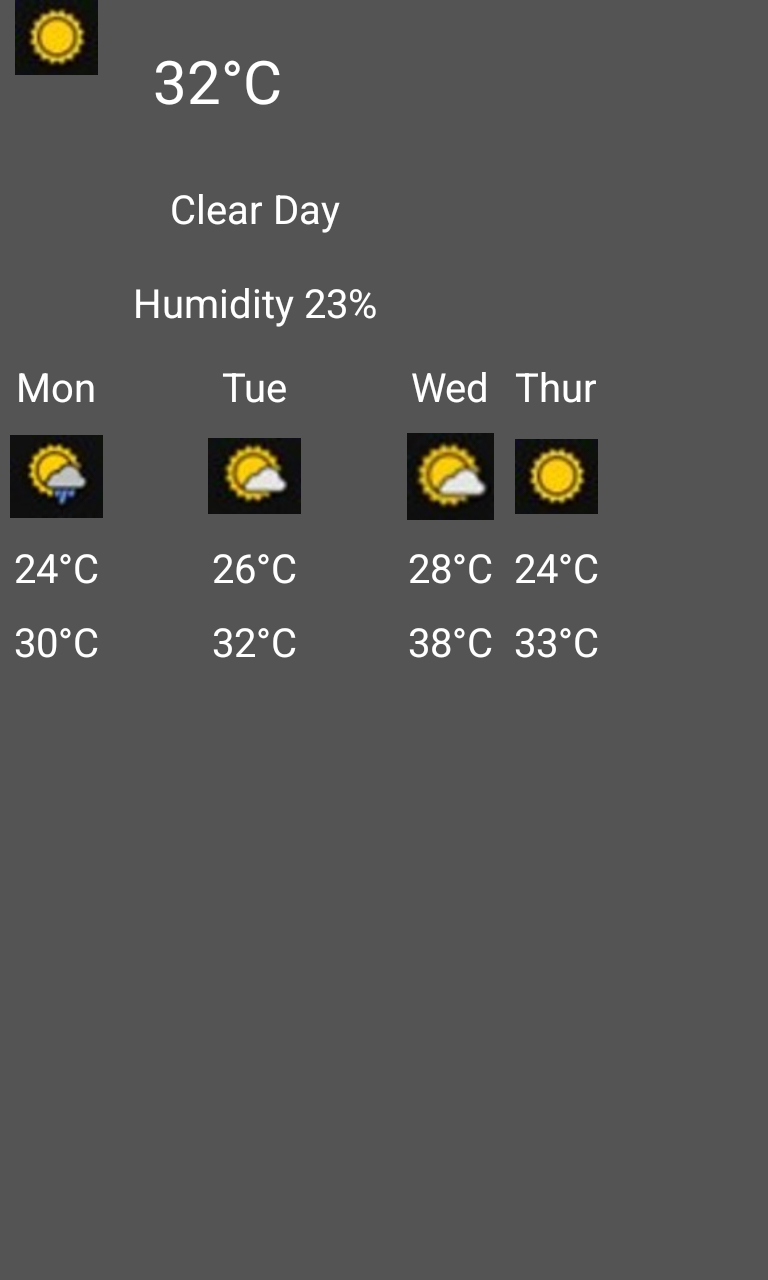
Repository: 12030121002/androideventhandling
Layout: Demo/res/layout/weather.xml
These files come from the project's save history. The layout is drawn as it stood at one moment and after the next save; the edit follows.
It is drawn on a 768 x 1280 px phone screen (xhdpi) without system bars, with theme AppTheme; the app's code is not run.

Above is the layout before, as saved 2014-12-08 05:36:31.

After the next save:
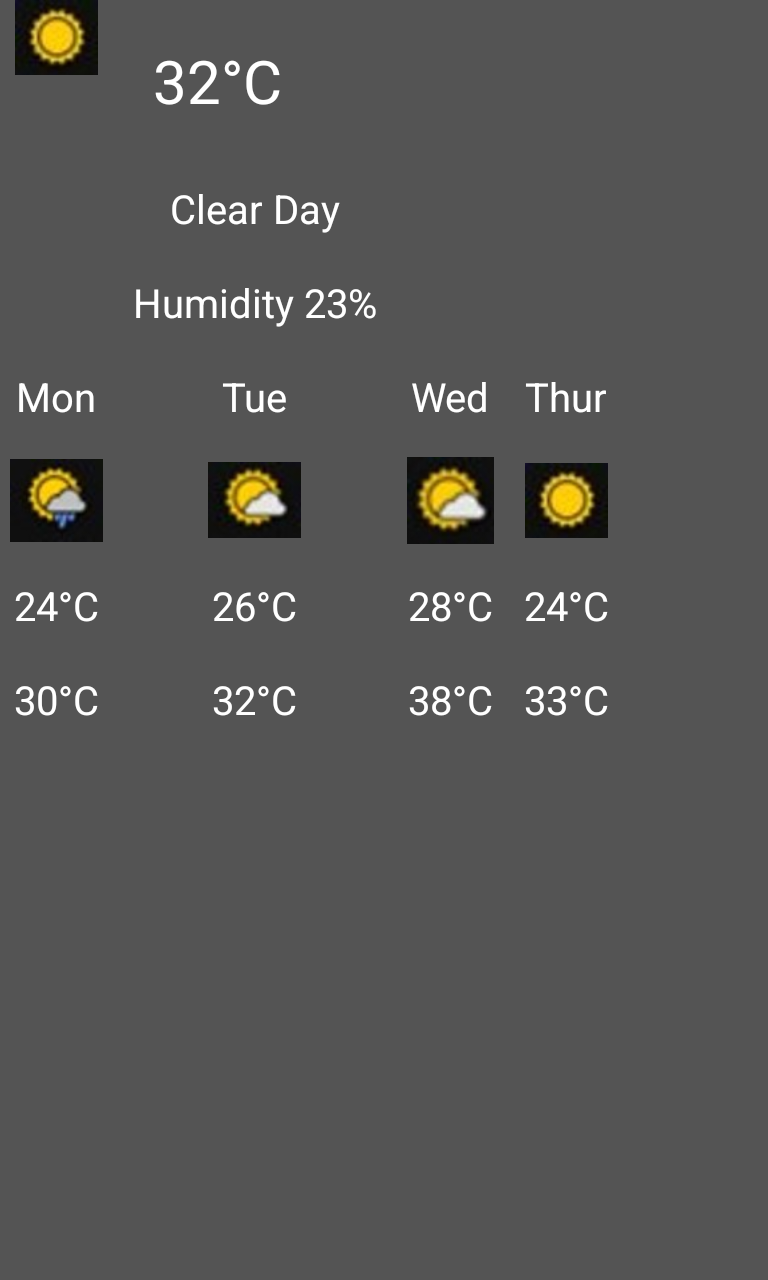
Saved 32 s later.
--- a/Demo/res/layout/weather.xml
+++ b/Demo/res/layout/weather.xml
@@ -94,7 +94,7 @@
         android:layout_height="wrap_content"
         android:text="@string/t4"
         android:textColor="@color/white"
-        android:padding="5dp"
+        android:padding="10dp"
         android:textSize="20sp"
         android:layout_gravity="center"
         android:layout_column="3"
@@ -139,7 +139,7 @@
         android:layout_height="wrap_content"
         android:src="@drawable/wednesday"
         android:layout_gravity="center"
-        android:padding="5dp"
+        android:padding="10dp"
         android:layout_column="3"/>
 
    </TableRow>
@@ -188,7 +188,7 @@
         android:layout_height="wrap_content"
          android:text="@string/four"
         android:textColor="@color/white"
-         android:padding="5dp"
+         android:padding="10dp"
         android:textSize="20sp"
         android:layout_gravity="center"
          android:layout_column="3"/>
@@ -236,7 +236,7 @@
         android:layout_height="wrap_content"
          android:text="@string/eight"
         android:textColor="@color/white"
-         android:padding="5dp"
+         android:padding="10dp"
         android:textSize="20sp"
         android:layout_gravity="center"
         android:layout_column="3"
